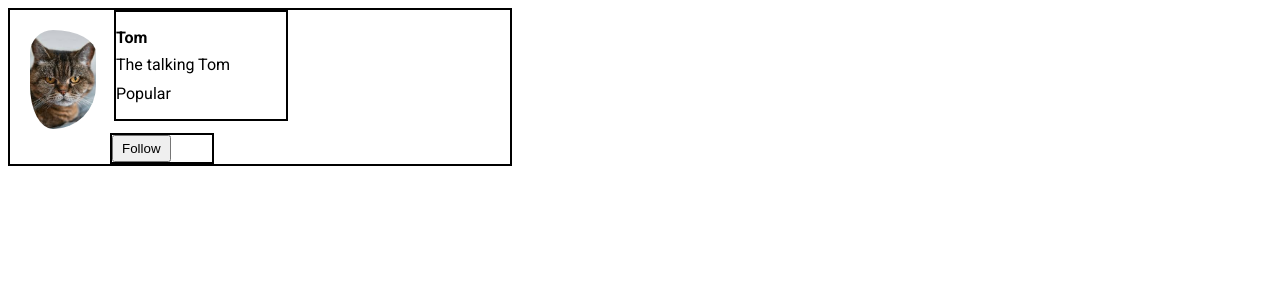
Repository: RagulRanjeeth/Frontend
Page: Exercises/Layouts.html
The author's editor kept a copy of each file at every save. The page is drawn from the files as they stood at one save, then again after the next save.
The browser window is 1280 px wide. The pictures show the whole page.

Above is the page before, as saved 2026-01-23 16:31:24.

### Exercises/Layouts.html
<!DOCTYPE html>
<html>
    <head>
        <title>
            Layout Exercises
        </title>
        <link rel="stylesheet" href="Profile.css">
            <link rel="preconnect" href="https://fonts.googleapis.com">
    <link rel="preconnect" href="https://fonts.gstatic.com" crossorigin>
    <link href="https://fonts.googleapis.com/css2?family=Montserrat:ital,wght@0,100..900;1,100..900&family=Roboto:ital,wght@0,100..900;1,100..900&display=swap" rel="stylesheet">
    </head>
    <body>
        <div class="MainContainer">
            <div class="ProfilePictureContainer">
               <img class="CatImage" src="ProfilePic/download.jpg">
            </div>
            <div class="ProfileDescription">
                <p class="DescriptionName">Tom</p>
                <p class="DescriptionSecondaryName">The talking Tom</p>
                <p class="DescriptionPopular">Popular</p>
            </div>
            <div class="ProfileButton">
                <button class="Profile">Follow</button>
            </div>
        </div>
    </body>
</html>

### Exercises/Profile.css
.MainContainer{
    width:500px;
    border-width:2px;
    border-style: solid;
}
.ProfilePictureContainer{
    width:100px;
    display:inline-block;
    vertical-align: top;

}

.CatImage{
    width:66px;
    border-radius:50px;
    padding-left:20px;
    padding-top:20px;
}

.ProfileDescription{
    width:170px;
    display:inline-block;
    font-family: Roboto, Arial;
    border-width:2px;
    border-style: solid;
    vertical-align: top;

}

.ProfileButton{
     width:100px;
    display:inline-block;
    border-width:2px;
    border-style: solid;
     vertical-align: top;
     margin-left: 100px;
     margin-right: 50px;

}

.DescriptionName{
    font-weight: bold;
    margin-bottom:0px;
}

.DescriptionSecondaryName{
    margin-top:8px;
    margin-bottom:0px;

}

.DescriptionPopular{
    margin-top:10px;
}

.Profile{
  padding-left: 8px;
  padding-right: 8px;
  padding-top: 4px;
  padding-bottom: 4px;

}

After the next save:
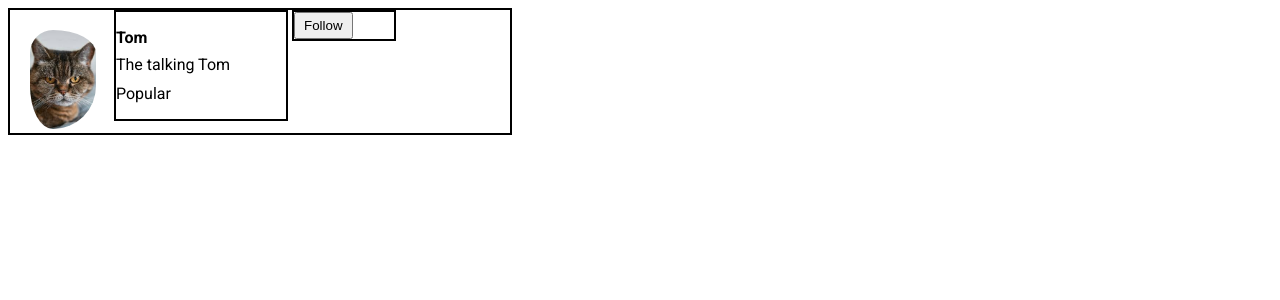
Saved 11 s later.
--- a/Exercises/Profile.css
+++ b/Exercises/Profile.css
@@ -33,9 +33,6 @@
     border-width:2px;
     border-style: solid;
      vertical-align: top;
-     margin-left: 100px;
-     margin-right: 50px;
-
 }
 
 .DescriptionName{
